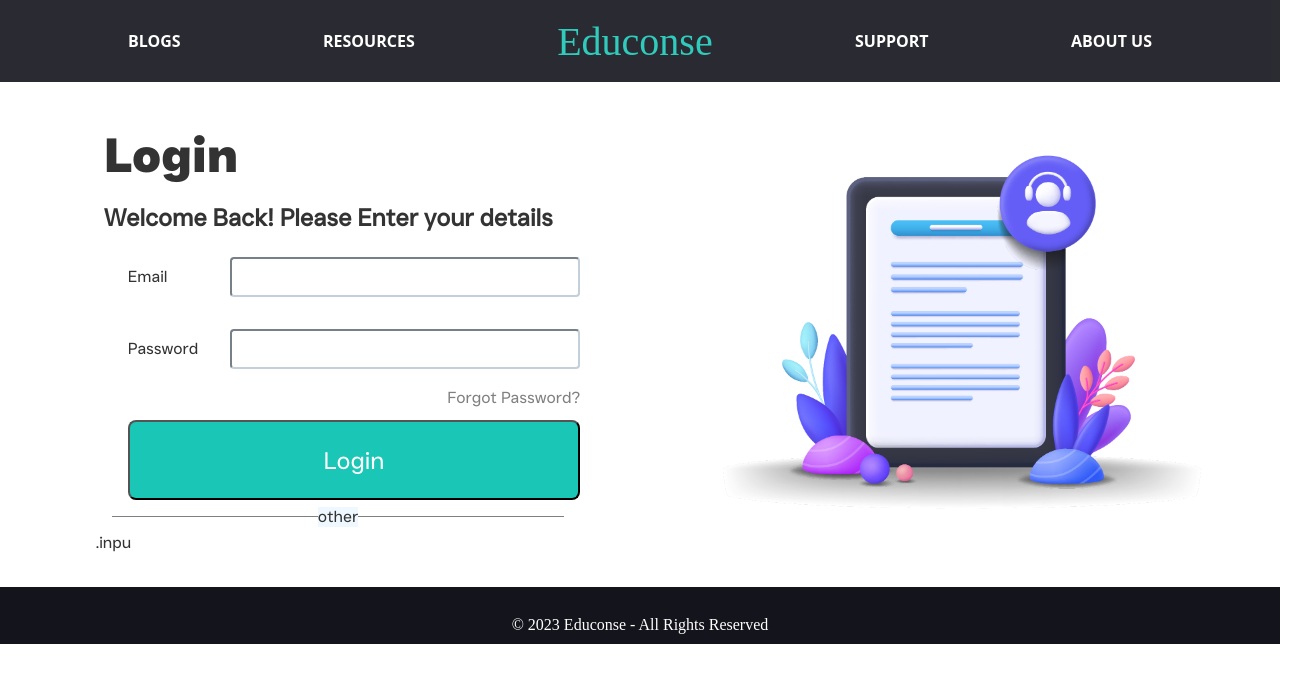
Repository: devajay07/educonse
Page: pages/login.html
An editor plug-in stored every save of this project. The page is shown before and after the next save, followed by the edit.
The browser window is 1280 px wide. The page is 1312 px wide, so the pictures cover 1312 px, including what lies to the right of the window. The pictures show the whole page.

Above is the page before, as saved 2023-10-15 03:00:49.

After the next save:
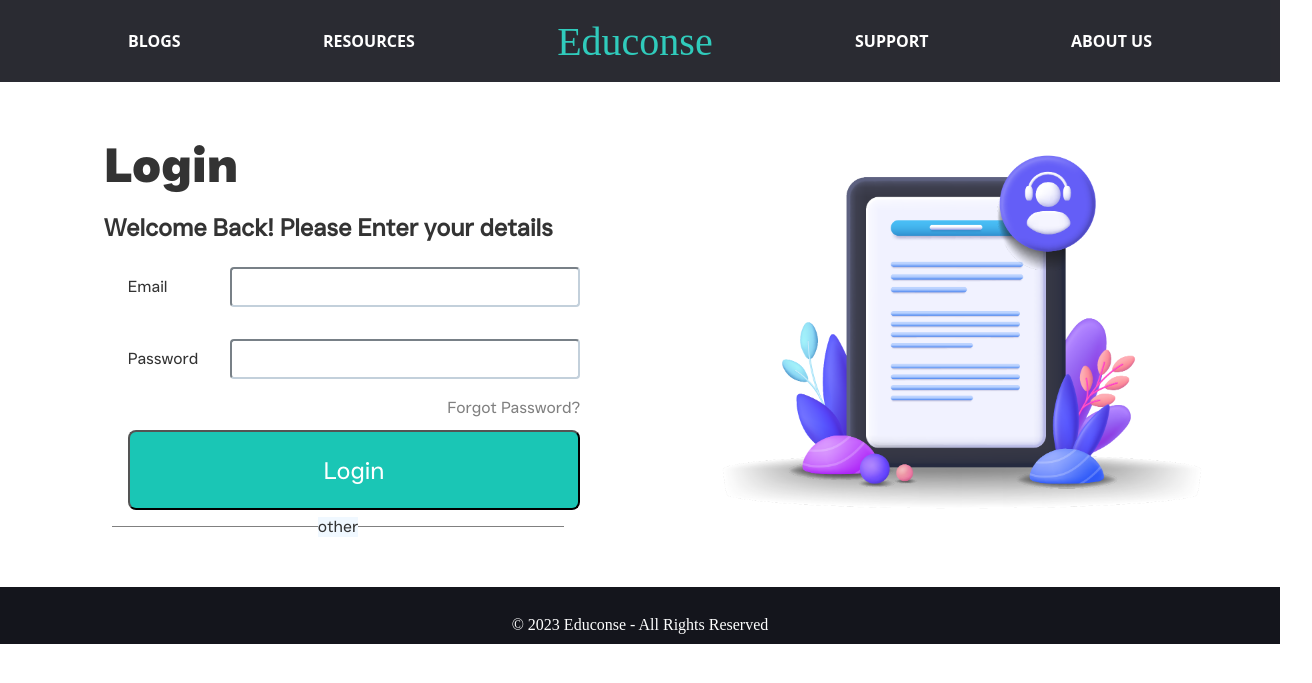
Saved 4 s later.
--- a/pages/login.html
+++ b/pages/login.html
@@ -40,7 +40,7 @@
         </div>
         <div class="other-methods">
           <div class="gmail">
-            .inpu
+
           </div>
         </div>
       </div>
